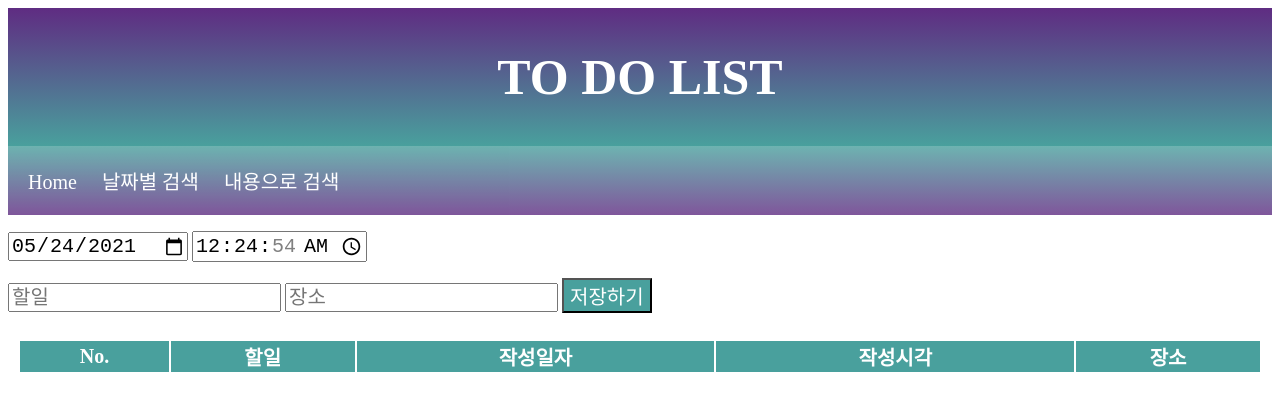
Repository: kimyoungjin98/Exam_Project
Page: http://localhost/Server_PR_TodoList/
An editor plug-in stored every save of this project. The page is shown before and after the next save, followed by the edit.
The browser window is 1280 px wide. The pictures show the whole page.
Some web fonts or font styles are not loaded; a fallback is used. The page is served by Tomcat 9. Queries for data that is not in the repository find no rows.

Above is the page before, as saved 2021-05-25 01:54:39.

After the next save:
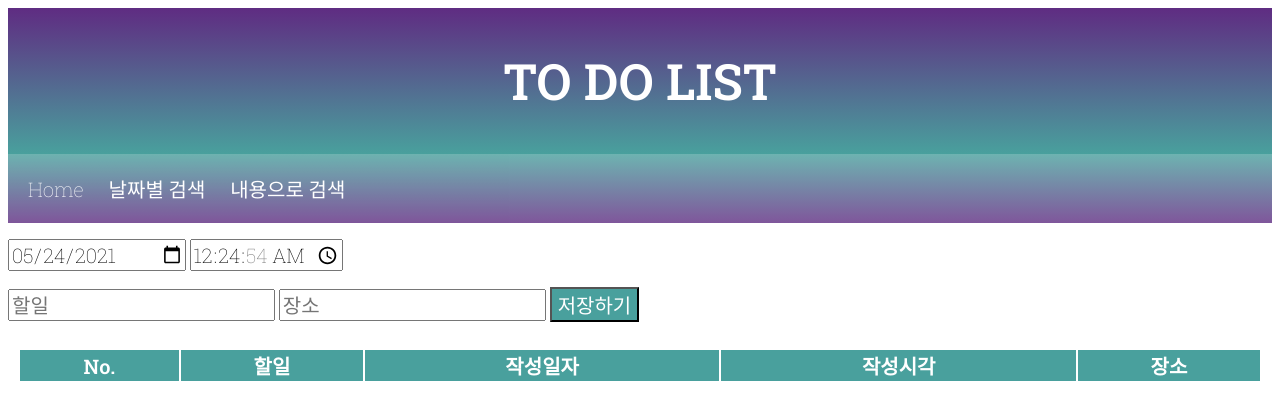
Saved 88 s later.
--- a/Server_PR_TodoList/src/main/webapp/WEB-INF/views/banner.jsp
+++ b/Server_PR_TodoList/src/main/webapp/WEB-INF/views/banner.jsp
@@ -31,7 +31,7 @@ document.addEventListener("DOMContentLoaded", function(){
 </script>
 <style>
 @import url('https://fonts.googleapis.com/css2?family=Nanum+Myeongjo&family=Roboto+Slab:wght@100;600&display=swap');
-.jm-font {
+* {
 		font-family: 'Nanum Myeongjo', serif;
 		font-family: 'Roboto Slab', serif;
 	}
